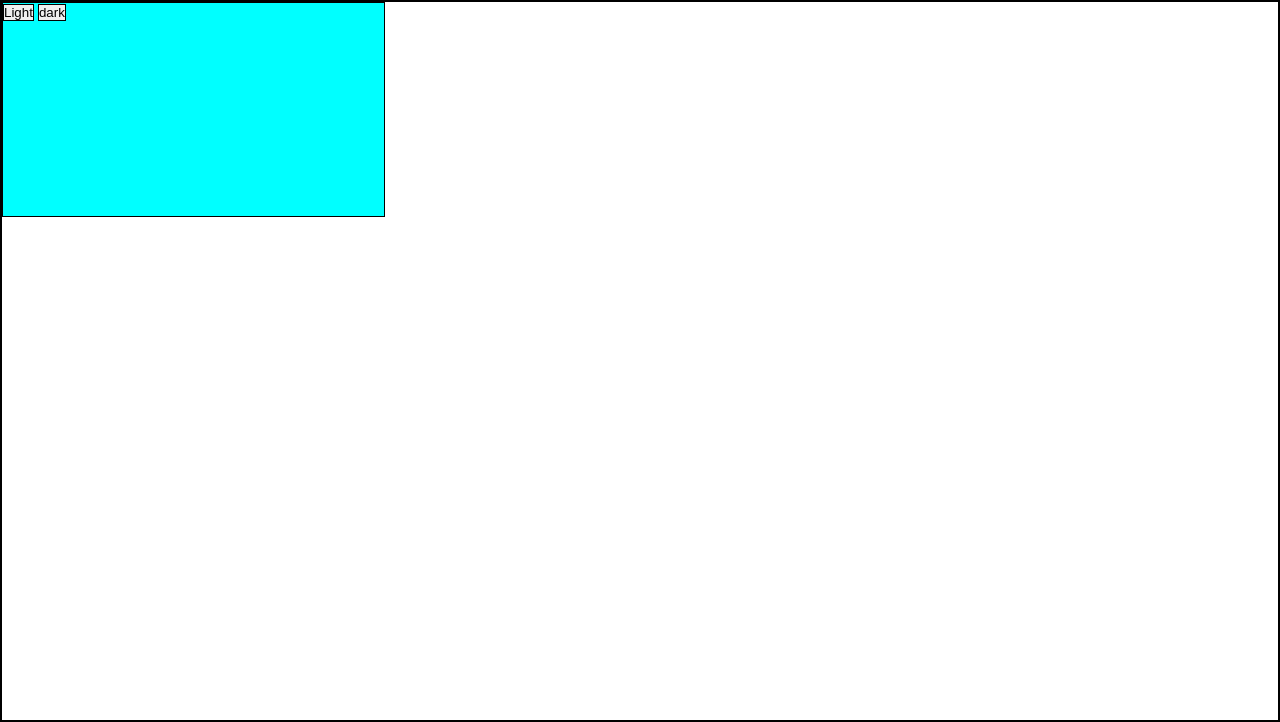
Repository: Yuukicoder/basicProject
Page: project1.html
An editor plug-in stored every save of this project. The page is shown before and after the next save, followed by the edit.
The browser window is 1280 px wide. The pictures show the whole page.

Above is the page before, as saved 2023-02-24 22:28:36.

### project1.html
<!DOCTYPE html>
<html lang="en">
  <head>
    <meta charset="UTF-8" />
    <meta http-equiv="X-UA-Compatible" content="IE=edge" />
    <meta name="viewport" content="width=device-width, initial-scale=1.0" />
    <title>Dark/light mode</title>
    <link rel="stylesheet" href="assets/css/project1.css" />
    <link
      rel="shortcut icon"
      href="assets/Image/project1.png"
      type="image/x-icon"
    />
  </head>
  <body id="body">
    <section class="box">
      <button class="light" id="light">Light</button>
      <button class="dark" id="dark">dark</button>
    </section>
    <script src="assets/js/project1.js"></script>
  </body>
</html>

### assets/css/project1.css
* {
  margin: 0;
  padding: 0;
  box-sizing: border-box;
  border: 1px solid black;
}
body {
  height: 100vh;
}
.box {
  height: 30%;
  width: 30%;
  background-color: aqua;
}

### assets/js/project1.js
var light = document.getElementById("light");
var dark = document.getElementById("dark");
var body = document.getElementById("body");
dark.addEventListener("click", function () {
    body.style.background = "black";

})
light.addEventListener("click", function () {
    body.style.background = "white";

})

After the next save:
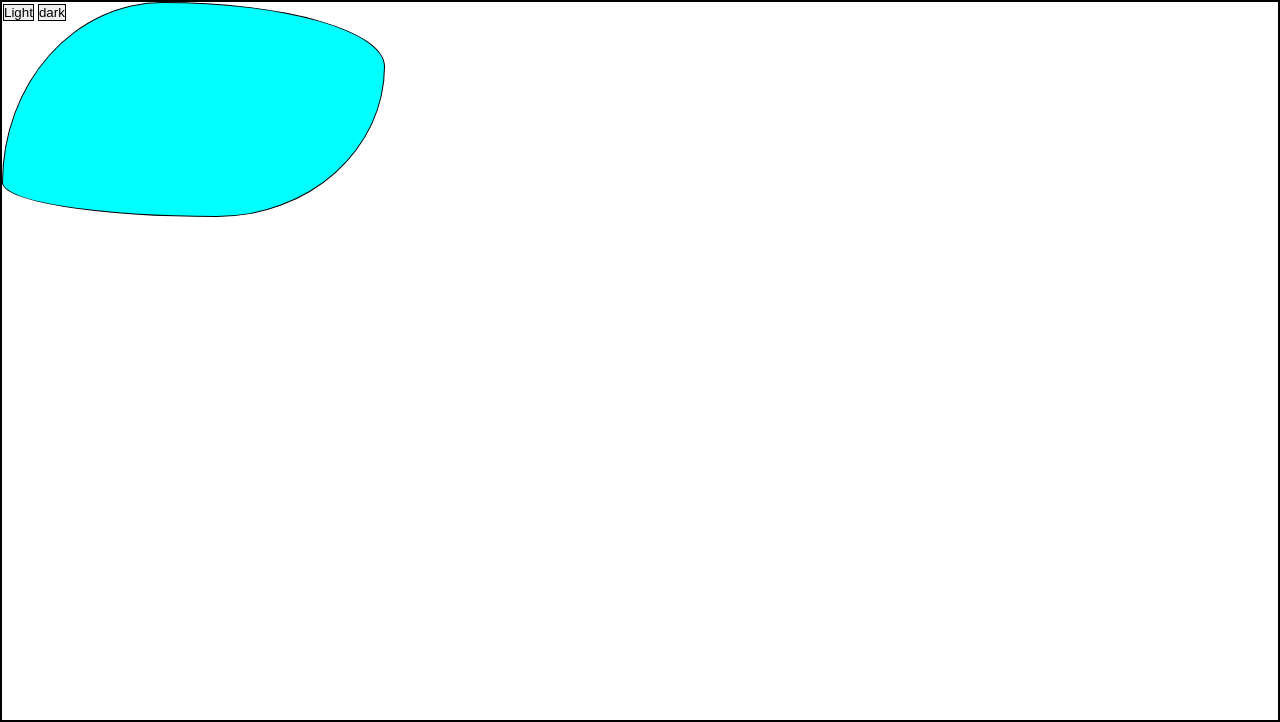
Saved 2 min 40 s later.
--- a/assets/css/project1.css
+++ b/assets/css/project1.css
@@ -11,4 +11,7 @@ body {
   height: 30%;
   width: 30%;
   background-color: aqua;
+  border-radius: 42% 58% 44% 56% / 84% 30% 70% 16%;
 }
+button {
+}
